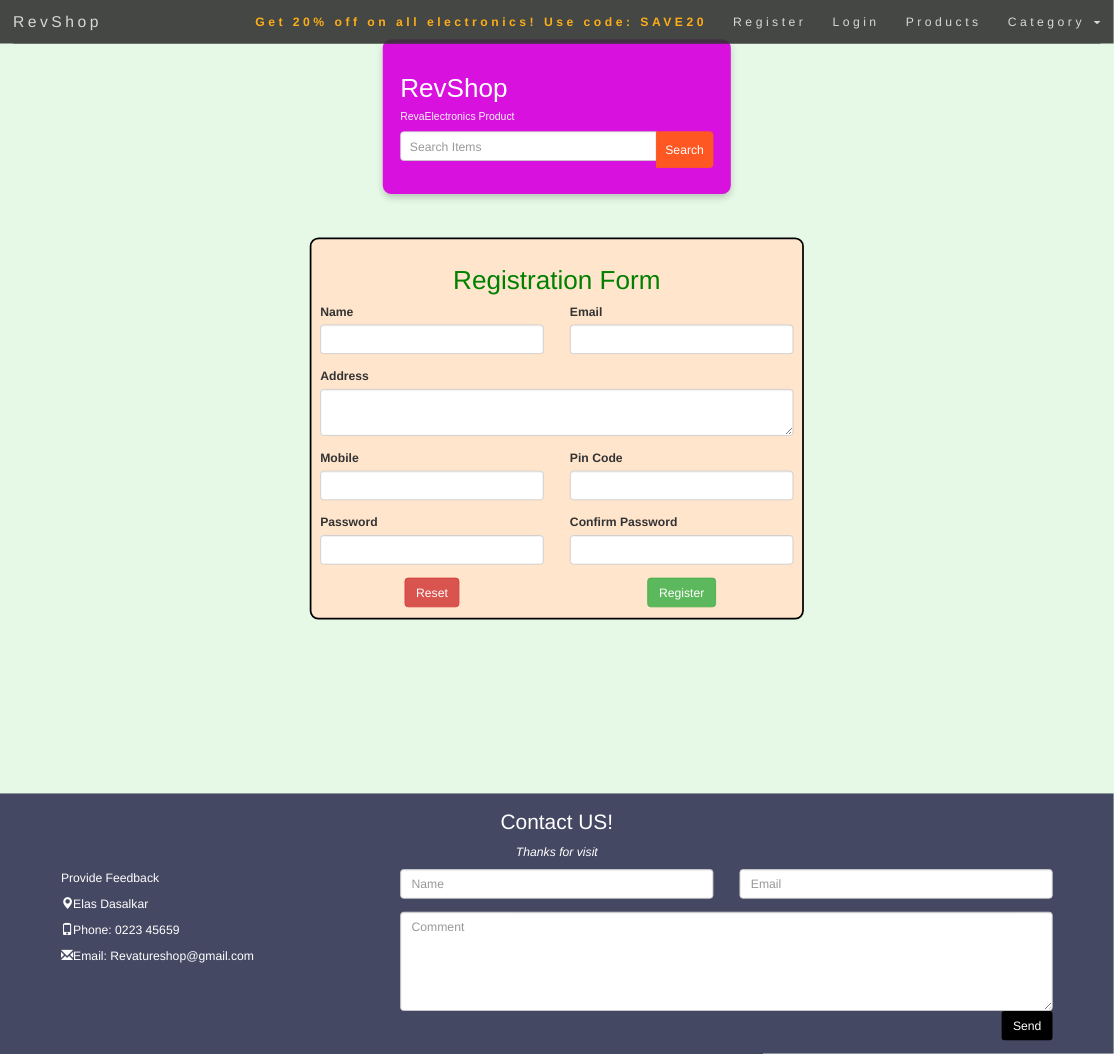
Repository: vilasdasalkar/RevaShop-Project-0
Page: http://localhost/RevShop/register.jsp
The author's editor kept a copy of each file at every save. The page is drawn from the files as they stood at one save, then again after the next save.
The browser window is 1280 px wide. The pictures show the whole page, at 87% of full size.
The page is served by Tomcat 10. Other server files are loaded and not shown.

Above is the page before, as saved 2024-08-30 08:10:51.

### RevShop/src/main/webapp/register.jsp
<%@ page language="java" contentType="text/html; charset=UTF-8"
    pageEncoding="UTF-8"%>
<!DOCTYPE html>
<html>

<meta charset="UTF-8">
<title>Register</title>
<link rel="stylesheet"
	href="https://maxcdn.bootstrapcdn.com/bootstrap/3.4.0/css/bootstrap.min.css">
<link rel="stylesheet" href="css/changes.css">
<script
	src="https://ajax.googleapis.com/ajax/libs/jquery/3.4.1/jquery.min.js"></script>
<script
	src="https://maxcdn.bootstrapcdn.com/bootstrap/3.4.0/js/bootstrap.min.js"></script>
</head>
<body style="background-color: #E6F9E6;">

	<%@ include file="header.jsp"%>
	<%
	String message = request.getParameter("message");
	%>
	<div class="container">
		<div class="row"
			style="margin-top: 5px; margin-left: 2px; margin-right: 2px;">

			<form action="./RegisterServlet" method="post"
				class="col-md-6 col-md-offset-3"
				style="border: 2px solid black; border-radius: 10px; background-color: #FFE5CC; padding: 10px;">
				<div style="font-weight: bold;" class="text-center">
					<h2 style="color: green;">Registration Form</h2>
					<%
					if (message != null) {
					%>
					<p style="color: blue;">
						<%=message%>
					</p>
					<%
					}
					%>
				</div>
				<div></div>
				<div class="row">
					<div class="col-md-6 form-group">
						<label for="first_name">Name</label> <input type="text"
							name="username" class="form-control" id="first_name"
							name="first_name" required>
					</div>
					<div class="col-md-6 form-group">
						<label for="last_name">Email</label> <input type="email"
							name="email" class="form-control" id="last_name" name="last_name"
							required>
					</div>
				</div>
				<div class="form-group">
					<label for="last_name">Address</label>
					<textarea name="address" class="form-control" id="last_name"
						name="last_name" required></textarea>
				</div>
				<div class="row">
					<div class="col-md-6 form-group">
						<label for="last_name">Mobile</label> <input type="number"
							name="mobile" class="form-control" id="last_name"
							name="last_name" required>
					</div>
					<div class="col-md-6 form-group">
						<label for="last_name">Pin Code</label> <input type="number"
							name="pincode" class="form-control" id="last_name"
							name="last_name" required>
					</div>

				</div>
				<div class="row">
					<div class="col-md-6 form-group">
						<label for="last_name">Password</label> <input type="password"
							name="password" class="form-control" id="last_name"
							name="last_name" required>
					</div>
					<div class="col-md-6 form-group">
						<label for="last_name">Confirm Password</label> <input
							type="password" name="confirmPassword" class="form-control"
							id="last_name" name="last_name" required>
					</div>
				</div>
				<div class="row text-center">
					<div class="col-md-6" style="margin-bottom: 2px;">
						<button type="Reset" class="btn btn-danger">Reset</button>
					</div>
					<div class="col-md-6">
						<button type="submit" class="btn btn-success">Register</button>
					</div>
				</div>
			</form>
		</div>
	</div>


	<%@ include file="footer.html"%>
</body>
</html>

### RevShop/src/main/webapp/header.jsp
<%@ page language="java" contentType="text/html; charset=UTF-8"
    pageEncoding="UTF-8"%>
    <%@ page import="com.revature.service.dao.*, com.revature.service.*"%>
<!DOCTYPE html>
<html>
<head>
<title>Logout Header</title>
<meta charset="utf-8">
<meta name="viewport" content="width=device-width, initial-scale=1">
<link rel="stylesheet"
	href="https://maxcdn.bootstrapcdn.com/bootstrap/3.4.0/css/bootstrap.min.css">
<link rel="stylesheet" href="css/changes.css">
<script
	src="https://ajax.googleapis.com/ajax/libs/jquery/3.4.1/jquery.min.js"></script>
<script
	src="https://maxcdn.bootstrapcdn.com/bootstrap/3.4.0/js/bootstrap.min.js"></script>
<link rel="stylesheet"
	href="https://cdnjs.cloudflare.com/ajax/libs/font-awesome/4.7.0/css/font-awesome.min.css">

</head>
<body style="background-color: #01ff12;font-family: Verdana, sans-serif;">
	<!--Company Header Starting  -->
	<div class="left"
    style="margin-top: 45px; background-color: #d811df; color: #10bababa; padding: 20px; border-radius: 10px; box-shadow: 0 4px 8px rgba(0, 0, 0, 0.2); max-width: 400px; margin: 45px auto;">
    <h2 style="font-family: 'Arial', sans-serif; color: white;">RevShop</h2>
    <h6 style="font-family: 'Arial', sans-serif; color: #f3f3f3;">RevaElectronics Product</h6>
    <form class="form-inline" action="index.jsp" method="get">
        <div class="input-group">
            <input type="text" class="form-control" size="38" name="search"
                placeholder="Search Items" required
                style="border-radius: 4px 0 0 4px; padding: 10px; box-shadow: none;">
            <div class="input-group-btn">
                <input type="submit" class="btn btn-danger" value="Search"
                    style="border-radius: 0 4px 4px 0; padding: 10px; background-color: #ff5722; border-color: #ff5722;">
            </div>
        </div>
    </form>
    <p align="right"
        style="color: orange; font-weight: bold; margin-top: 10px; margin-bottom: 5px; font-family: 'Arial', sans-serif;"
        id="message"></p>
</div>

	<!-- Company Header Ending -->

	<%
	/* Checking the user credentials */
	String userType = (String) session.getAttribute("usertype");
	if (userType == null) { //LOGGED OUT
	%>

	<!-- Starting Navigation Bar -->
<nav class="navbar navbar-default navbar-fixed-top navbar-custom" style="background-color: #333;">
    <div class="container-fluid">
        <div class="navbar-header">
            <button type="button" class="navbar-toggle" data-toggle="collapse"
                data-target="#myNavbar">
                <span class="icon-bar"></span>
                <span class="icon-bar"></span>
                <span class="icon-bar"></span>
            </button>
            <a class="navbar-brand" href="index.jsp">RevShop</a>
        </div>
        <div class="collapse navbar-collapse" id="myNavbar" style="background-color: #333;">
            <ul class="nav navbar-nav navbar-right">
                <li><a href="register.jsp">Register</a></li>
                <li><a href="login.jsp">Login</a></li>
                <li><a href="index.jsp">Products</a></li>
                <li class="dropdown"><a class="dropdown-toggle"
                    data-toggle="dropdown" href="#">Category <span class="caret"></span>
                </a>
                    <ul class="dropdown-menu">
                        <li><a href="index.jsp?type=mobile">Mobiles</a></li>
                        <li><a href="index.jsp?type=tv">TVs</a></li>
                        <li><a href="index.jsp?type=laptop">Laptops</a></li>
                        <li><a href="index.jsp?type=camera">Camera</a></li>
                        <li><a href="index.jsp?type=speaker">Speakers</a></li>
                        <li><a href="index.jsp?type=tablet">Tablets</a></li>
                    </ul>
                </li>
            </ul>
            <!-- New div for discount text -->
            <div class="navbar-text navbar-right" style="color: orange; margin-right: 15px;">
                <strong>Get 20% off on all electronics! Use code: SAVE20</strong>
            </div>
        </div>
    </div>
</nav>

	<%
	} else if ("customer".equalsIgnoreCase(userType)) {

	int notf = new CartServiceImpl().getCartCount((String) session.getAttribute("username"));
	%>
	<nav class="navbar navbar-default navbar-fixed-top">

		<div class="container-fluid">
			<div class="navbar-header">
				<button type="button" class="navbar-toggle" data-toggle="collapse"
					data-target="#myNavbar">
					<span class="icon-bar"></span> <span class="icon-bar"></span> <span
						class="icon-bar"></span>
				</button>
				<a class="navbar-brand" href="userHome.jsp"><span
					class="glyphicon glyphicon-home">&nbsp;</span>RevShop</a>
			</div>

			<div class="collapse navbar-collapse" id="myNavbar">
				<ul class="nav navbar-nav navbar-right">
					<li><a href="userHome.jsp"><span
							class="glyphicon glyphicon-home">Products</span></a></li>
					<li class="dropdown"><a class="dropdown-toggle"
						data-toggle="dropdown" href="#">Category <span class="caret"></span>
					</a>
						<ul class="dropdown-menu">
							<li><a href="userHome.jsp?type=mobile">Mobiles</a></li>
							<li><a href="userHome.jsp?type=tv">TV</a></li>
							<li><a href="userHome.jsp?type=laptop">Laptops</a></li>
							<li><a href="userHome.jsp?type=camera">Camera</a></li>
							<li><a href="userHome.jsp?type=speaker">Speakers</a></li>
							<li><a href="userHome.jsp?type=tablet">Tablets</a></li>
						</ul></li>
					<%
					if (notf == 0) {
					%>
					<li><a href="cartDetails.jsp"> <span
							class="glyphicon glyphicon-shopping-cart"></span>Cart
					</a></li>

					<%
					} else {
					%>
					<li><a href="cartDetails.jsp"
						style="margin: 0px; padding: 0px;" id="mycart"><i
							data-count="<%=notf%>"
							class="fa fa-shopping-cart fa-3x icon-white badge"
							style="background-color: #333; margin: 0px; padding: 0px; padding-bottom: 0px; padding-top: 5px;">
						</i></a></li>
					<%
					}
					%>
					<li><a href="orderDetails.jsp">Orders</a></li>
					<li><a href="userProfile.jsp">Profile</a></li>
					<li><a href="./LogoutServlet">Logout</a></li>
				</ul>
			</div>
		</div>
	</nav>
	<%
	} else {
	%>
	<nav class="navbar navbar-default navbar-fixed-top">
		<div class="container-fluid">
			<div class="navbar-header">
				<button type="button" class="navbar-toggle" data-toggle="collapse"
					data-target="#myNavbar">
					<span class="icon-bar"></span> <span class="icon-bar"></span> <span
						class="icon-bar"></span>
				</button>
				<a class="navbar-brand" href="adminViewProduct.jsp"><span
					class="glyphicon glyphicon-home">&nbsp;</span>RevShop</a>
			</div>
			<div class="collapse navbar-collapse" id="myNavbar">
				<ul class="nav navbar-nav navbar-right">
					<li><a href="adminViewProduct.jsp">Products</a></li>
					<li class="dropdown"><a class="dropdown-toggle"
						data-toggle="dropdown" href="#">Category <span class="caret"></span>
					</a>
						<ul class="dropdown-menu">
							<li><a href="adminViewProduct.jsp?type=mobile">Mobiles</a></li>
							<li><a href="adminViewProduct.jsp?type=tv">Tvs</a></li>
							<li><a href="adminViewProduct.jsp?type=laptop">Laptops</a></li>
							<li><a href="adminViewProduct.jsp?type=camera">Camera</a></li>
							<li><a href="adminViewProduct.jsp?type=speaker">Speakers</a></li>
							<li><a href="adminViewProduct.jsp?type=tablet">Tablets</a></li>
						</ul></li>
					<li><a href="adminStock.jsp">Stock</a></li>
					<li><a href="shippedItems.jsp">Shipped</a></li>
					<li><a href="unshippedItems.jsp">Orders</a></li>
					<!-- <li><a href=""> <span class="glyphicon glyphicon-shopping-cart"></span>&nbsp;Cart</a></li> -->
					<li class="dropdown"><a class="dropdown-toggle"
						data-toggle="dropdown" href="#">Update Items <span
							class="caret"></span>
					</a>
						<ul class="dropdown-menu">
							<li><a href="addProduct.jsp">Add Product</a></li>
							<li><a href="removeProduct.jsp">Remove Product</a></li>
							<li><a href="updateProductById.jsp">Update Product</a></li>
						</ul></li>
					<li><a href="./LogoutServlet">Logout</a></li>

				</ul>
			</div>
		</div>
	</nav>
	<%
	}
	%>
	<!-- End of Navigation Bar -->
</body>
</html>

### RevShop/src/main/webapp/footer.html
<!DOCTYPE html>
<html>
<head>
<title>ShopMart</title>
<meta name="viewport" content="width=device-width, initial-scale=1">
<meta charset="utf-8">
<meta name="viewport" content="width=device-width, initial-scale=1">
<link rel="stylesheet"
	href="https://maxcdn.bootstrapcdn.com/bootstrap/3.4.0/css/bootstrap.min.css">
<script
	src="https://ajax.googleapis.com/ajax/libs/jquery/3.4.1/jquery.min.js"></script>
<script
	src="https://maxcdn.bootstrapcdn.com/bootstrap/3.4.0/js/bootstrap.min.js"></script>
<link rel="stylesheet" href="css/changes.css">
</head>
<body style="background-color: rgb(255, 255, 255);">
	<!-- Start the footer Contacts -->
	<!-- <a name="contact"></a> -->
	<div class="container-fluid"
		style="background-color: #454862; color: white; margin-top: 200px;">
		<div class="container">
			<h3 class="text-center">Contact US!</h3>
			<p class="text-center">
				<em>Thanks for visit</em>
			</p>
			<div class="row test">
				<div class="col-md-4">
					<p>Provide Feedback</p>
					<p>
						<span class="glyphicon glyphicon-map-marker"></span>Elas Dasalkar
					</p>
					<p>
						<span class="glyphicon glyphicon-phone"></span>Phone: 0223 45659

					</p>
					<p>
						<span class="glyphicon glyphicon-envelope"></span>Email:
						Revatureshop@gmail.com
					</p>

				</div>
				<div class="col-md-8">
					<form action="fansMessage" method="post">
						<div class="row">
							<div class="col-sm-6 form-group">
								<input class="form-control" id="name" name="name"
									placeholder="Name" type="text" required>
							</div>
							<div class="col-sm-6 form-group">
								<input class="form-control" id="email" name="email"
									placeholder="Email" type="email" required>
							</div>
						</div>
						<textarea class="form-control" id="comments" name="comments"
							placeholder="Comment" rows="5" required></textarea>
						<div class="row">
							<div class="col-md-12 form-group">
								<button class="btn pull-right" type="submit">Send</button>
							</div>
						</div>
					</form>
				</div>
			</div>
		</div>
	</div>
	<!-- End of Contact or about us -->

</body>
</html>

Loaded but not shown: RevShop/src/main/webapp/css/changes.css (common file)

After the next save:
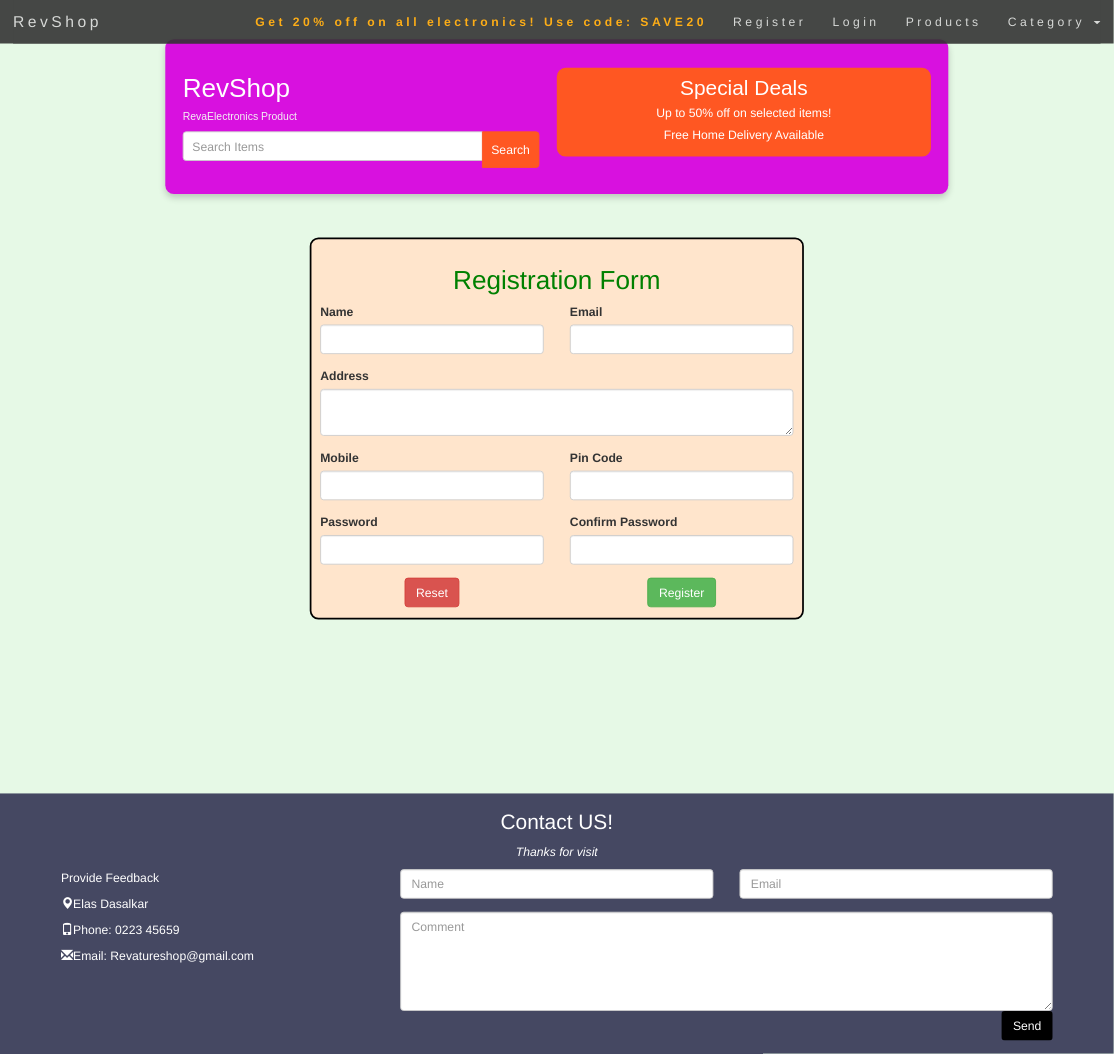
Saved 3 min 24 s later.
--- a/RevShop/src/main/webapp/header.jsp
+++ b/RevShop/src/main/webapp/header.jsp
@@ -20,25 +20,38 @@
 </head>
 <body style="background-color: #01ff12;font-family: Verdana, sans-serif;">
 	<!--Company Header Starting  -->
-	<div class="left"
-    style="margin-top: 45px; background-color: #d811df; color: #10bababa; padding: 20px; border-radius: 10px; box-shadow: 0 4px 8px rgba(0, 0, 0, 0.2); max-width: 400px; margin: 45px auto;">
-    <h2 style="font-family: 'Arial', sans-serif; color: white;">RevShop</h2>
-    <h6 style="font-family: 'Arial', sans-serif; color: #f3f3f3;">RevaElectronics Product</h6>
-    <form class="form-inline" action="index.jsp" method="get">
-        <div class="input-group">
-            <input type="text" class="form-control" size="38" name="search"
-                placeholder="Search Items" required
-                style="border-radius: 4px 0 0 4px; padding: 10px; box-shadow: none;">
-            <div class="input-group-btn">
-                <input type="submit" class="btn btn-danger" value="Search"
-                    style="border-radius: 0 4px 4px 0; padding: 10px; background-color: #ff5722; border-color: #ff5722;">
-            </div>
-        </div>
-    </form>
+<div class="left"
+    style="margin-top: 45px; background-color: #d811df; color: #10bababa; padding: 20px; border-radius: 10px; box-shadow: 0 4px 8px rgba(0, 0, 0, 0.2); max-width: 900px; margin: 45px auto;">
+    <div style="display: flex; justify-content: space-between; align-items: center;">
+        <!-- Left side: Search items -->
+        <div style="flex: 1; margin-right: 20px;">
+            <h2 style="font-family: 'Arial', sans-serif; color: white;">RevShop</h2>
+            <h6 style="font-family: 'Arial', sans-serif; color: #f3f3f3;">RevaElectronics Product</h6>
+            <form class="form-inline" action="index.jsp" method="get">
+                <div class="input-group">
+                    <input type="text" class="form-control" size="38" name="search"
+                        placeholder="Search Items" required
+                        style="border-radius: 4px 0 0 4px; padding: 10px; box-shadow: none; width: 100%;">
+                    <div class="input-group-btn">
+                        <input type="submit" class="btn btn-danger" value="Search"
+                            style="border-radius: 0 4px 4px 0; padding: 10px; background-color: #ff5722; border-color: #ff5722;">
+                    </div>
+                </div>
+            </form>
+        </div>
+
+        <!-- Right side: Special Deals -->
+        <div style="flex: 1; background-color: #ff5722; color: white; padding: 10px; border-radius: 10px; text-align: center;">
+            <h3 style="margin: 0; font-family: 'Arial', sans-serif;">Special Deals</h3>
+            <p style="margin: 5px 0;">Up to 50% off on selected items!</p>
+            <p style="margin: 5px 0;">Free Home Delivery Available</p>
+        </div>
+    </div>
     <p align="right"
         style="color: orange; font-weight: bold; margin-top: 10px; margin-bottom: 5px; font-family: 'Arial', sans-serif;"
         id="message"></p>
 </div>
+
 
 	<!-- Company Header Ending -->
 
